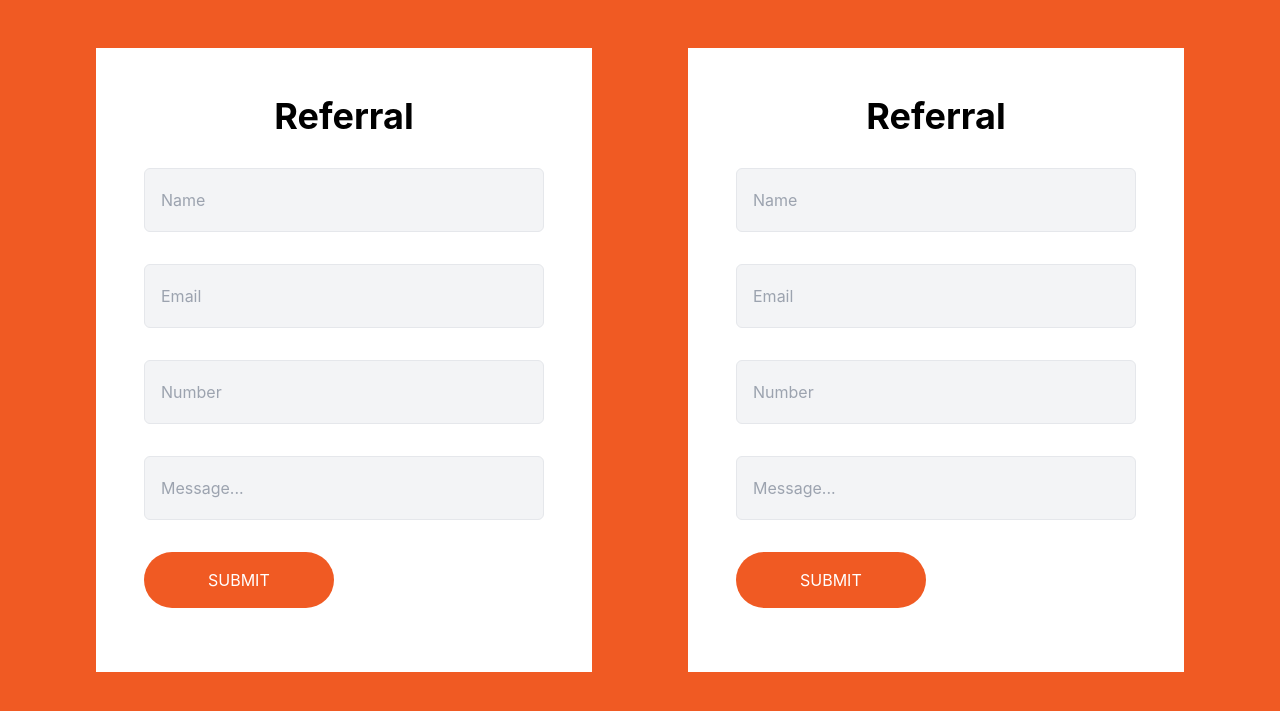
Repository: legenddev1202/whyclicktv
Page: /referrel
An editor plug-in stored every save of this project. The page is shown before and after the next save, followed by the edit.
The browser window is 1280 px wide. The pictures show the whole page.
The project was rebuilt for these pictures with package versions that can differ from the ones it lists, and the page was loaded fresh each time. Also part of the build but not shown: src/App.css, src/pages/home.js, src/pages/about.js, src/pages/contact.js, src/pages/partners.js.

Above is the page before, as saved 2022-03-31 10:39:50.

After the next save:
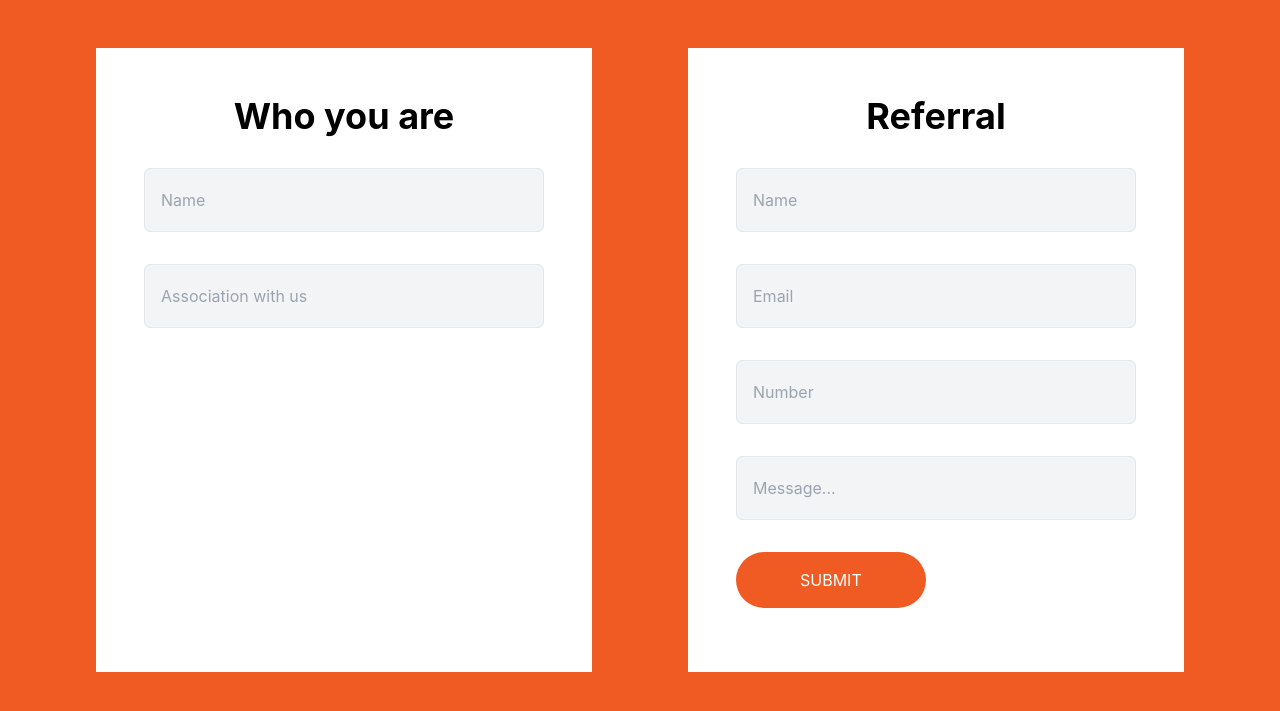
Saved 28 s later.
--- a/src/pages/referral.js
+++ b/src/pages/referral.js
@@ -9,7 +9,7 @@
     >
       <div className="w-full p-12 flex h-full">
         <div className="w-1/2 p-12 mx-12 flex flex-col items-center bg-white h-11/12">
-          <div className="text-4xl font-bold">Referral</div>
+          <div className="text-4xl font-bold">Who you are</div>
           <div className="w-full mt-8">
             <input
               className="w-full rounded-md h-16 border px-4 bg-gray-100"
@@ -18,29 +18,9 @@
             <div className="w-full mt-8">
               <input
                 className="w-full rounded-md h-16 border px-4 bg-gray-100"
-                placeholder="Email"
+                placeholder="Association with us"
               ></input>
             </div>
-            <div className="w-full mt-8">
-              <input
-                className="w-full rounded-md h-16 border px-4 bg-gray-100"
-                placeholder="Number"
-              ></input>
-            </div>
-            <div className="w-full mt-8">
-              <input
-                className="w-full rounded-md h-16 border px-4 bg-gray-100"
-                placeholder="Message..."
-              ></input>
-            </div>
-          </div>
-          <div className="self-start mt-8">
-            <button
-              className="p-4 rounded-full px-16"
-              style={{ backgroundColor: "#F05A23", color: "white" }}
-            >
-              SUBMIT
-            </button>
           </div>
         </div>
         <div className="w-1/2 p-12 mx-12 flex flex-col items-center bg-white h-11/12">
